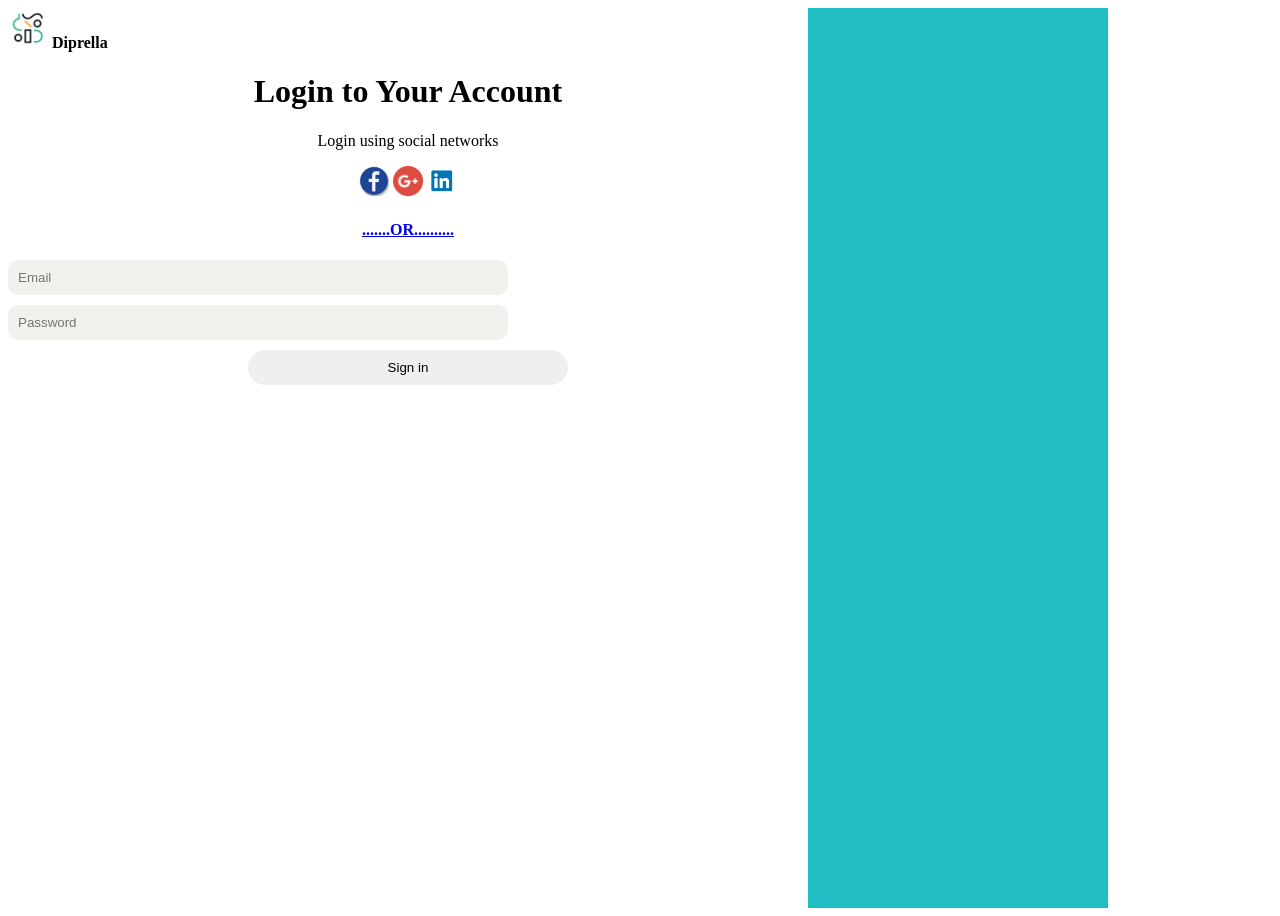
Repository: Tobby004/bdc-assignment-3
Page: task.html
An editor plug-in stored every save of this project. The page is shown before and after the next save, followed by the edit.
The browser window is 1280 px wide. The pictures show the whole page.

Above is the page before, as saved 2023-02-22 00:42:47.

### task.html
<!DOCTYPE html>
<html lang="en_us">
<head>
    <meta charset="UTF-8">
    <meta http-equiv="X-UA-Compatible" content="IE=edge">
    <meta name="viewport" content="width=device-width, initial-scale=1.0">
    <title>Document</title>
    <link rel="stylesheet" href="task.css">
</head>
<body>
    <div class="container">
        <div class="box1">
        <header id="logo"><img src="diprella.JPG"height="40px">
        <b>Diprella</b></header>
        <h1>Login to Your Account</h1>
        <p>Login using social networks</p>
        <div class="logo">
        <a href="#"><img src="facebook.png"</a>
        <a href="#"><img src="googe plus.png"</a>
        <a href="#"><img src="linkedin.png"</a>
        </div>
        <h4>.......OR..........</h4>
        <div class="form-input">
        <input type="text" placeholder="Email">
        <input type="Password" placeholder="Password">
        <center><button>Sign in</button></center>
        </div>
        </div>
        <div class="box2">

        </div>
    </div>
</body>
</html>

### task.css
* {
    box-sizing: border-box;
}
.container{
    display: flex;
}
.box1 {
    background-color: white;
    height: 900px;
    width: 800px;
}
.box2{
    background-color: #20bdc2;
    height: 900px;
    width: 300px;
}
h1 {
    text-align: center;
}
p {
    text-align: center;
}
.logo img {
    height: 30px;
    text-align: center;
}
.logo a {
    text-decoration: none;
}
div .logo {
    text-decoration: none;
    text-align: center;
}
h4 {
    text-align: center;
}
.box1 input {
max-width: 500px;
width: 100%;
}
input  {
  background-color: rgb(241, 241, 238);
   border: none;
   margin-bottom: 10px;
   border-radius: 10px;
   border-bottom: 10px;
   padding: 10px;
   width: 60%

}
 button {
    width: 40%;
    border-radius: 30px;
    margin-left: auto;
    margin-right: auto;
    border: none;
    padding: 10px;
}

After the next save:
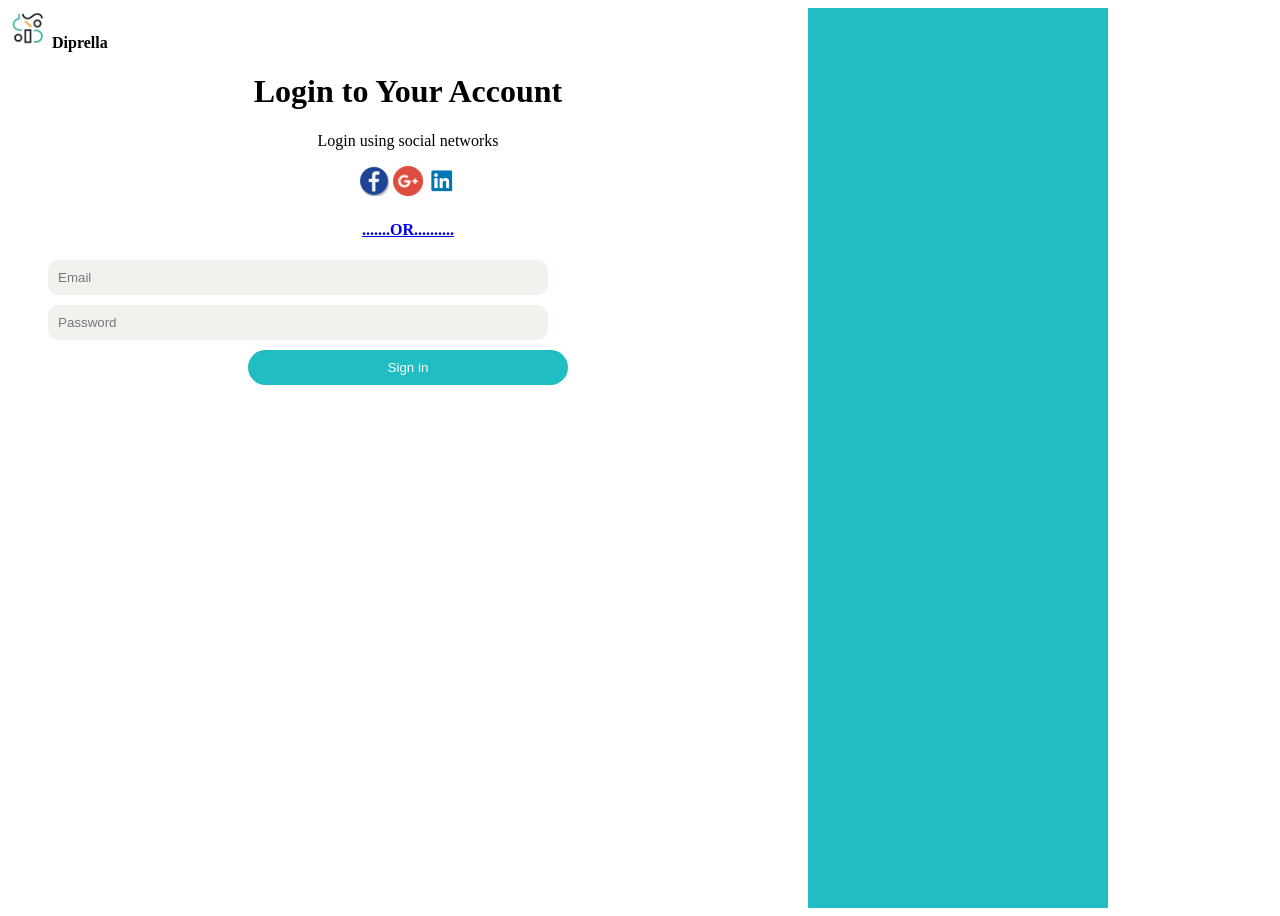
Saved 1 s later.
--- a/task.css
+++ b/task.css
@@ -45,6 +45,7 @@ input  {
    border-radius: 10px;
    border-bottom: 10px;
    padding: 10px;
+   margin-left: 40px;
    width: 60%
 
 }
@@ -55,4 +56,6 @@ input  {
     margin-right: auto;
     border: none;
     padding: 10px;
+    color: white;
+    background-color: #20bdc2;
 }
